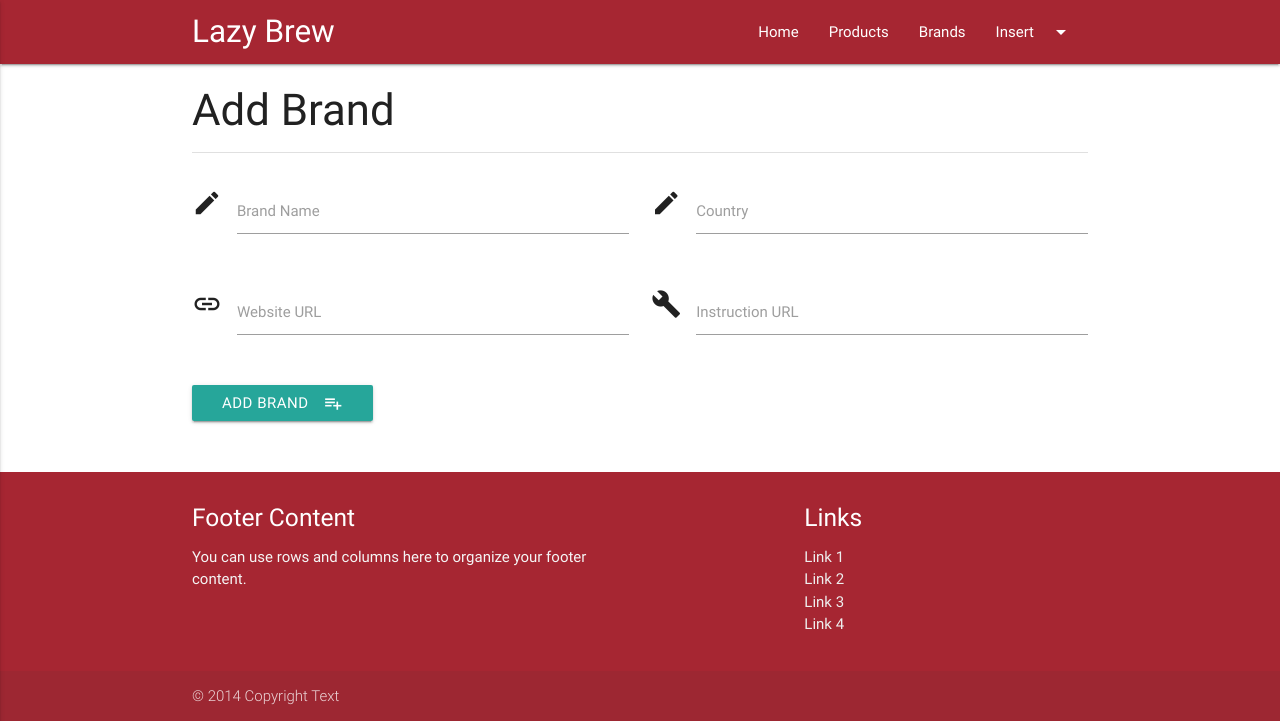
Repository: Leon2ev/lazy-brew
Page: http://localhost/add_brand
The author's editor kept a record of every edit. The page is drawn from the files as they stood at one moment, then again after the next edit.
The browser window is 1280 px wide. The pictures show the whole page.
Some web libraries are served in a nearby version. The page is served by the project's application, run on Flask 3 (app.py).

Above is the page before.

### templates/addbrand.html
{% extends 'base.html' %}
{% block content %}
    <div class="container">
        <h3>Add Brand</h3>
        <div class="divider"></div>
        <form action="{{url_for('insert_brand')}}" method="POST" class="add-brand col s12">
            <div class="row">
                <div class="input-field col s12 l6">
                    <i class="material-icons prefix">create</i>
                    <input id="name" name="name" type="text" class="validate">
                    <label for="icon_prefix">Brand Name</label>
                </div>
                <div class="input-field col s12 l6">
                    <i class="material-icons prefix">create</i>
                    <input id="country" name="country" type="text" class="validate">
                    <label for="icon_prefix">Country</label>
                </div>
            </div>
            <div class="row">
                <div class="input-field col s12 l6">
                    <i class="material-icons prefix">insert_link</i>
                    <input id="website_URL" name="website_URL" type="text" class="validate">
                    <label for="icon_prefix">Website URL</label>
                </div>
                <div class="input-field col s12 l6">
                    <i class="material-icons prefix">build</i>
                    <input id="instruction_URL" name="instruction_URL" type="text" class="validate">
                    <label for="icon_prefix">Instruction URL</label>
                </div>
            </div>
            <div class="row">
                <div class="col s12">
                    <button class="btn waves-effect waves-light" type="submit">Add Brand
                        <i class="material-icons right">playlist_add</i>
                    </button>
                </div>
            </div>
        </form>
        <div class="row">
            <div class="col s12">

            </div>
            <div id="modal1" class="modal">
                <div class="modal-content">
                    <h4>Are you agree to cancel?</h4>
                    <p>All changes will be lost and you will go back to description page.</p>
                </div>
                <div class="modal-footer">
                    <a href="#!" class="modal-action modal-close waves-effect waves-green btn-flat">Go Back</a>
                    <a href="{{url_for('get_brands')}}" class="modal-action modal-close waves-effect waves-green btn-flat">Agree</a>
                </div>
            </div>
        </div>
    </div>
{% endblock %}

### templates/base.html
<!DOCTYPE html>
<html lang="en">
    <head>
        <meta charset="UTF-8">
        <meta name="viewport" content="width=device-width, initial-scale=1.0">
        <meta http-equiv="X-UA-Compatible" content="ie=edge">

        <title>Document</title>

        <link href="https://fonts.googleapis.com/icon?family=Material+Icons" rel="stylesheet">
        <link rel="stylesheet" href="https://cdnjs.cloudflare.com/ajax/libs/materialize/0.100.2/css/materialize.min.css">
        <link rel="stylesheet" href="{{url_for('static', filename='css/style.css')}}" type="text/css">
    </head>
    <body>
        <header>
            <nav class="navbar">
                <div class="container nav-wrapper">
                    <a href="{{url_for('home_page')}}" class="brand-logo">Lazy Brew</a>
                    <a href="#" data-activates="mobile-demo" class="button-collapse"><i class="material-icons">menu</i></a>
                    <ul class="right hide-on-med-and-down">
                        <li><a href="{{url_for('home_page')}}">Home</a></li>
                        <li><a href="{{url_for('get_products')}}">Products</a></li>
                        <li><a href="{{url_for('get_brands')}}">Brands</a></li>
                        <!-- Dropdown Trigger -->
                        <li><a class="dropdown-button" href="#!" data-activates="dropdown1">Insert<i class="material-icons right">arrow_drop_down</i></a></li>
                    </ul>
                    <!-- Dropdown Structure -->
                    <ul id="dropdown1" class="dropdown-content">
                        <li><a href="{{url_for('add_product')}}">Insert Product</a></li>
                        <li class="divider"></li>
                        <li><a href="{{url_for('add_brand')}}">Insert Brand</a></li>
                    </ul>
                    <ul class="side-nav" id="mobile-demo">
                        <li><a href="{{url_for('home_page')}}">Home</a></li>
                        <li><a href="{{url_for('get_products')}}">Products</a></li>
                        <li><a href="{{url_for('get_brands')}}">Brands</a></li>
                        <!-- Mobile Dropdown Trigger -->
                        <li><a class="dropdown-button" href="#!" data-activates="dropdown2">Insert<i class="material-icons right">arrow_drop_down</i></a></li>

                    </ul>
                    <!-- Dropdown Structure -->
                    <ul id="dropdown2" class="dropdown-content">
                        <li><a href="{{url_for('add_product')}}">Insert Product</a></li>
                        <li class="divider"></li>
                        <li><a href="{{url_for('add_brand')}}">Insert Brand</a></li>
                    </ul>
                </div>
            </nav>
        </header>
        {% block content %}{% endblock %}
        <footer class="page-footer">
            <div class="container">
                <div class="row">
                    <div class="col l6 s12">
                        <h5 class="white-text">Footer Content</h5>
                        <p class="grey-text text-lighten-4">You can use rows and columns here to organize your footer content.</p>
                    </div>
                    <div class="col l4 offset-l2 s12">
                        <h5 class="white-text">Links</h5>
                        <ul>
                            <li><a class="grey-text text-lighten-3" href="#!">Link 1</a></li>
                            <li><a class="grey-text text-lighten-3" href="#!">Link 2</a></li>
                            <li><a class="grey-text text-lighten-3" href="#!">Link 3</a></li>
                            <li><a class="grey-text text-lighten-3" href="#!">Link 4</a></li>
                        </ul>
                    </div>
                </div>
            </div>
            <div class="footer-copyright">
                <div class="container">
                    © 2014 Copyright Text
                </div>
            </div>
        </footer>
        <script src="https://cdnjs.cloudflare.com/ajax/libs/jquery/3.2.1/jquery.min.js"></script>
        <script src="https://cdnjs.cloudflare.com/ajax/libs/materialize/0.100.2/js/materialize.min.js"></script>
        <script type="text/javascript">
            $(document).ready(function() {
                $('select').material_select();
                $(".button-collapse").sideNav();
                $(".dropdown-button").dropdown({
                    belowOrigin: true
                    }
                );
                $('.modal').modal();
            });
        </script>
    </body>
</html>

### app.py
import os
from flask import Flask, render_template, redirect, request, url_for
from flask_pymongo import PyMongo
from bson.objectid import ObjectId

app = Flask(__name__)

# Connection to MongoDB

app.config["MONGO_DBNAME"] = 'beer_brewing'
app.config["MONGO_URI"] = os.getenv('MONGO_URI', 'mongodb://localhost')

mongo = PyMongo(app)

# App routes ------------------------------------------------------------

@app.route('/')

# Home page

@app.route('/home_page')
def home_page():
    return render_template("index.html",
    types=mongo.db.types.find())
# Product Routes
# Product selection

@app.route('/get_products')
def get_products():
    return render_template("products.html",
    products=mongo.db.products.find())

# Single product description

@app.route('/get_description/<product_id>')
def get_description(product_id):
    return render_template("description.html",
    brands=mongo.db.brands.find(),
    types=mongo.db.types.find(),
    product=mongo.db.products.find_one({"_id": ObjectId(product_id)}))

# Add product

@app.route('/add_product')
def add_product():
    return render_template("addproduct.html",
    brands=mongo.db.brands.find(),
    types=mongo.db.types.find())

# Proceed inserted data to mongo

@app.route('/insert_product', methods=["POST"])
def insert_product():
    products=mongo.db.products
    brand_id = request.form.get('brand_id')
    type_id = request.form.get('type_id')
    dictionary = {
        'name': request.form.get('name'),
        'brand_id': ObjectId(brand_id),
        'image_url': request.form.get('image_url'),
        'type_id': ObjectId(type_id),
        'about': request.form.get('about'),
        'abv': request.form.get('abv'),
        'amount': request.form.get('amount'),
        'gluten': request.form.get('gluten')
    }

    products.insert_one(dictionary)
    return redirect(url_for('get_products'))

# Edit product

@app.route('/edit_product/<product_id>')
def edit_product(product_id):
    return render_template("editproduct.html",
    product=mongo.db.products.find_one({"_id": ObjectId(product_id)}),
    brands=mongo.db.brands.find(),
    types=mongo.db.types.find())

# Update product

@app.route('/update_product/<product_id>', methods=["POST"])
def update_product(product_id):
    products=mongo.db.products
    brand_id = request.form.get('brand_id')
    type_id = request.form.get('type_id')
    products.update({'_id': ObjectId(product_id)},
    {
        'name': request.form.get('name'),
        'brand_id': ObjectId(brand_id),
        'image_url': request.form.get('image_url'),
        'type_id': ObjectId(type_id),
        'about': request.form.get('about'),
        'abv': request.form.get('abv'),
        'amount': request.form.get('amount'),
        'gluten': request.form.get('gluten')
    })
    return redirect(url_for('get_products'))

# Delete product

@app.route('/delete_product/<product_id>')
def delete_product(product_id):
    mongo.db.products.remove({'_id': ObjectId(product_id)})
    return redirect(url_for('get_products'))

# Brand Routes
# Add Brand

@app.route('/get_brands')
def get_brands():
    return render_template("brands.html",
    brands=mongo.db.brands.find())

@app.route('/add_brand')
def add_brand():
    return render_template("addbrand.html")

# Proceed inserted data to mongo

@app.route('/insert_brand', methods=["POST"])
def insert_brand():
    brands=mongo.db.brands
    brands.insert_one(request.form.to_dict())
    return redirect(url_for('get_brands'))

# Edit brand

@app.route('/edit_brand/<brand_id>')
def edit_brand(brand_id):
    return render_template("editbrand.html",
    brand=mongo.db.brands.find_one({"_id": ObjectId(brand_id)}))

# Update brand

@app.route('/update_brand/<brand_id>', methods=["POST"])
def update_brand(brand_id):
    brands=mongo.db.brands
    brands.update({'_id': ObjectId(brand_id)},
    {
        'name': request.form.get('name'),
        'country': request.form.get('country'),
        'website_URL': request.form.get('website_URL'),
        'instruction_URL': request.form.get('instruction_URL'),
    })
    return redirect(url_for('get_brands'))

# Delete brand

@app.route('/delete_brand/<brand_id>')
def delete_brand(brand_id):
    mongo.db.brands.remove({'_id': ObjectId(brand_id)})
    return redirect(url_for('get_brands'))

if __name__ == "__main__":
    app.run(host=os.environ.get('IP'),
        port=int(os.environ.get('PORT')),
        debug=True)

### static/css/style.css
/*Background image Homepage*/
.bg-img {
    background-image: url(https://i.imgur.com/lFnh2xG.jpg);
    background-repeat: no-repeat;
    background-position: center center;
    background-attachment: fixed;
    background-size: cover;
    background-color: black;
    height: 100%;
    padding-top: 50px;
    padding-bottom: 50px;
}

/*Content home page*/
.bg-content {
    background-color: rgb(0,0,0, 0.5);
    color: white;
    border-radius: 10px;
}

/*Navbar*/
.navbar {
    background-color: #a62632;
}

.dropdown-content li>a {
    color: #a62632;
}

/*Footer*/
.page-footer {
    background-color: #a62632;
}

/*Button*/
.btn {
    margin-top: 10px;
    margin-bottom: 10px;
}

.btn-flat {
    margin-top: 10px;
    margin-bottom: 10px;
}

/*Cards Products page*/
.card.medium .card-image {
    max-height: 65%;
    padding-left: 20px;
    padding-right: 20px;
}

.card.medium .card-content {
    padding: 15px;
}

.card .card-action a:not(.btn):not(.btn-large):not(.btn-large):not(.btn-floating) {
    color: #26a69a;
}

/*Description page*/

.description-container {
    margin-top: 35px;
    margin-bottom: 35px;
}

.description-img {
    width: 100%;
    height: auto;
    padding-left: 20px;
    padding-right: 20px;
}

/*Edit product*/

.add-product {
    margin-top: 20px;
}

.edit-product {
    margin-top: 20px;
}

/*Edit brand*/

.add-brand {
    margin-top: 20px;
}

.edit-brand {
    margin-top: 20px;
}

After the next edit:
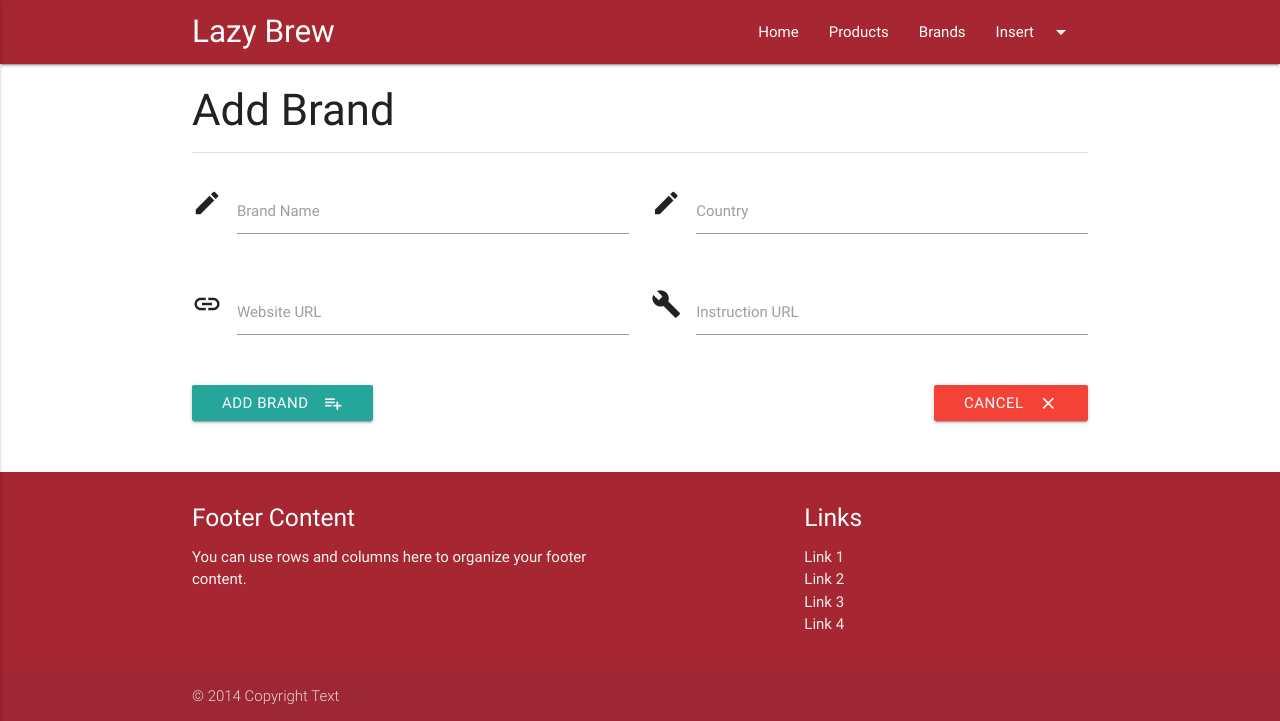
The edit:
--- a/templates/addbrand.html
+++ b/templates/addbrand.html
@@ -33,6 +33,9 @@
                     <button class="btn waves-effect waves-light" type="submit">Add Brand
                         <i class="material-icons right">playlist_add</i>
                     </button>
+                    <a class="waves-effect waves-light btn modal-trigger right red" href="#modal1">Cancel
+                        <i class="material-icons right">clear</i>
+                    </a>
                 </div>
             </div>
         </form>
